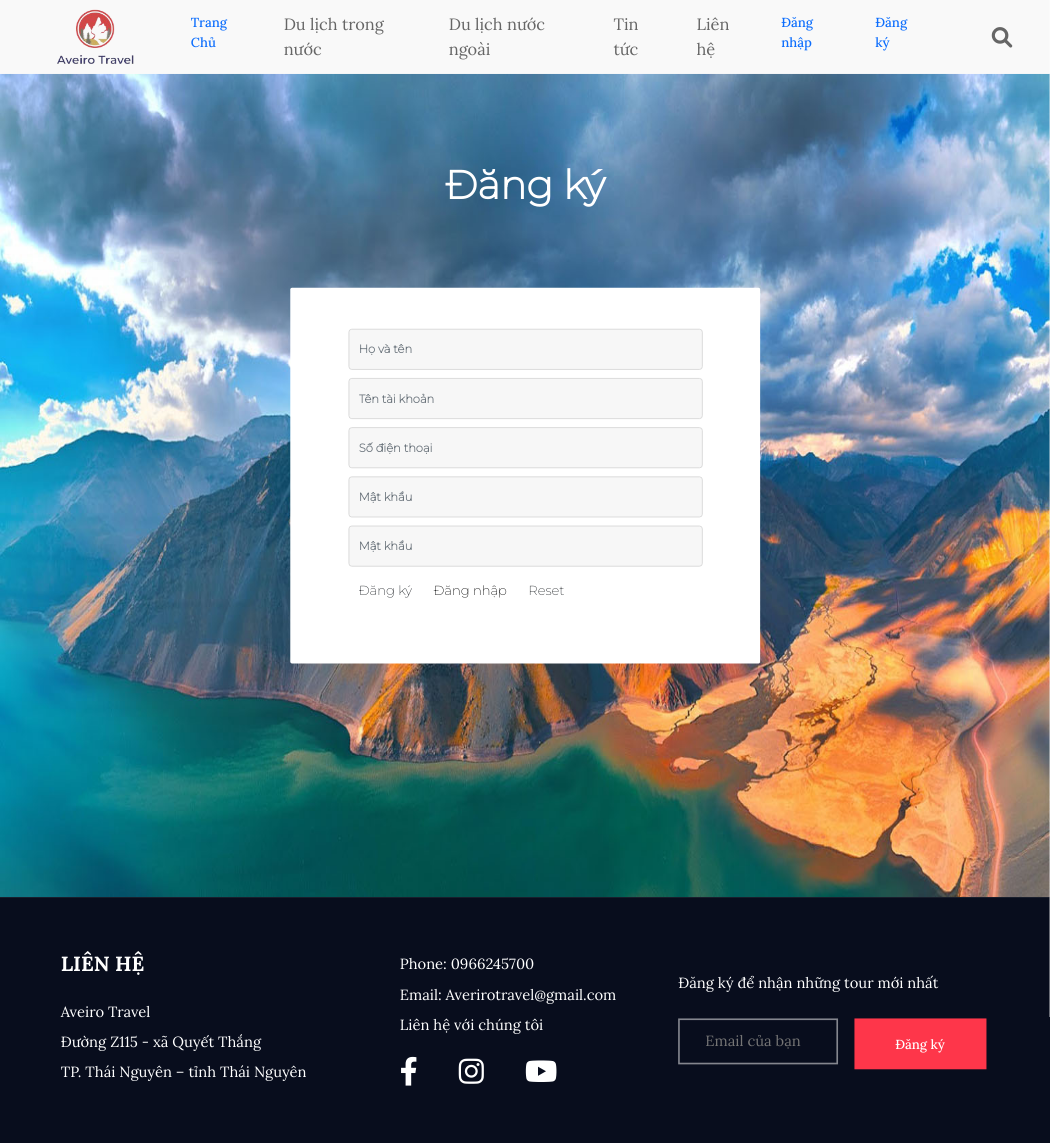
Repository: tuan842001/demotest
Page: /register
An editor plug-in stored every save of this project. The page is shown before and after the next save, followed by the edit.
The browser window is 1280 px wide. The pictures show the whole page, at 82% of full size.
The project was rebuilt for these pictures with package versions that can differ from the ones it lists, and the page was loaded fresh each time. Also part of the build but not shown: src/components/header/header.css, src/components/header/Header.jsx, src/components/top/top.css, src/components/top/Top.jsx, src/components/post/post.css, src/components/post/Post.jsx, src/components/intourPost/intourPost.css, src/components/intourPost/IntourPost.jsx and 15 more.

Above is the page before, as saved 2021-10-14 17:53:57.

After the next save:
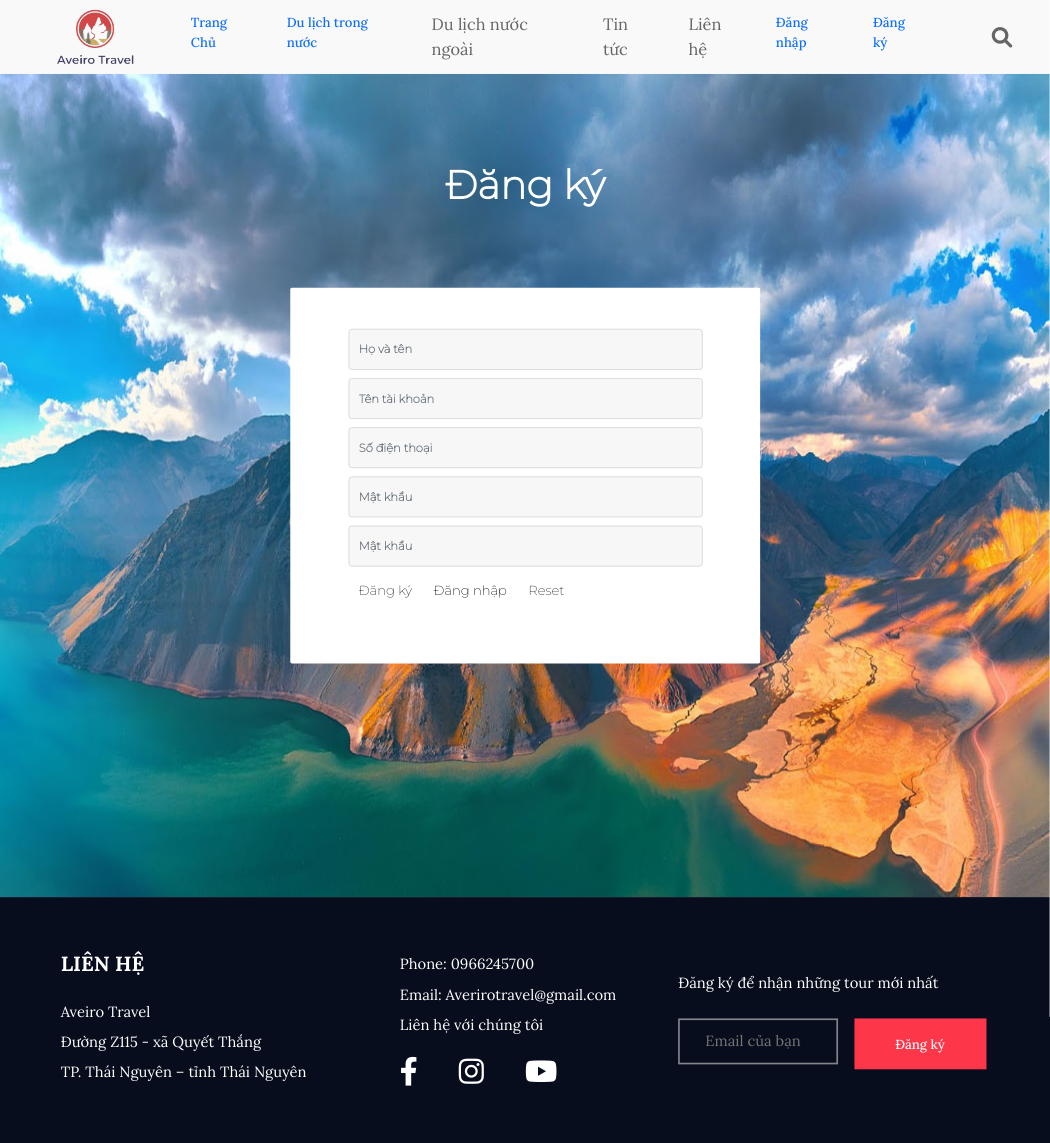
Saved 37 s later.
--- a/src/components/topbar/TopBar.jsx
+++ b/src/components/topbar/TopBar.jsx
@@ -18,7 +18,9 @@
           <li className="topListItem">
             <Link to="/">Trang Chủ</Link>
           </li>
-          <li className="topListItem">Du lịch trong nước</li>
+          <li className="topListItem">
+            <Link to="/intour">Du lịch trong nước</Link>
+          </li>
           <li className="topListItem">Du lịch nước ngoài</li>
           <li className="topListItem">Tin tức</li>
           <li className="topListItem">Liên hệ</li>
